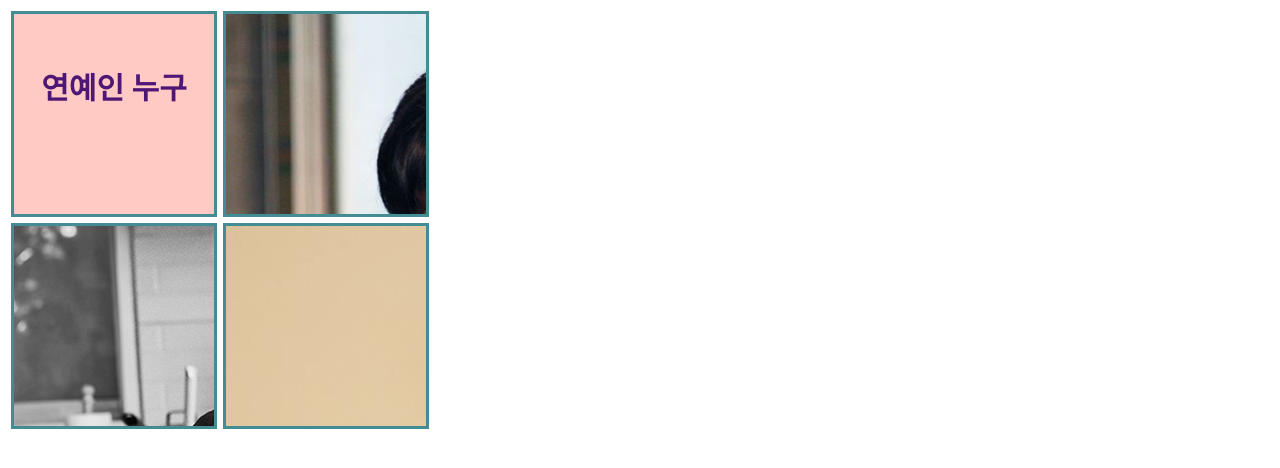
Repository: hojohe/bit-java
Page: 07_css/WebContent/99_exam/exam02.html
An editor plug-in stored every save of this project. The page is shown before and after the next save, followed by the edit.
The browser window is 1280 px wide. The pictures show the whole page.

Above is the page before, as saved 2017-01-25 05:27:28.

After the next save:
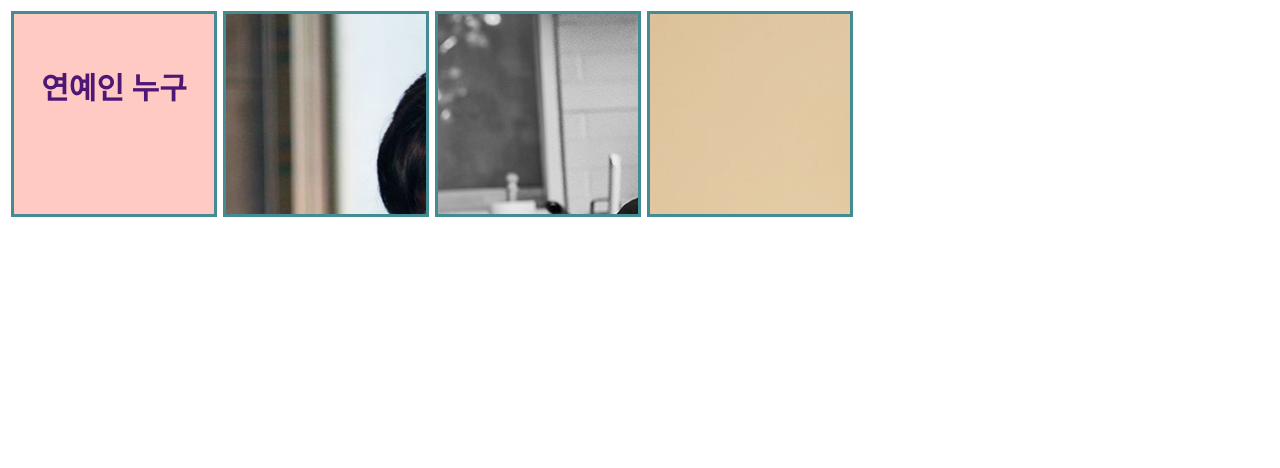
Saved 20 s later.
--- a/07_css/WebContent/99_exam/exam02.html
+++ b/07_css/WebContent/99_exam/exam02.html
@@ -32,7 +32,6 @@
 	}
 
 	div.pic3 {
-		clear: both;
 		background-image: url("/07_css/99_exam/images/01/공유2.jpg");
 	}
 

After the save that followed:
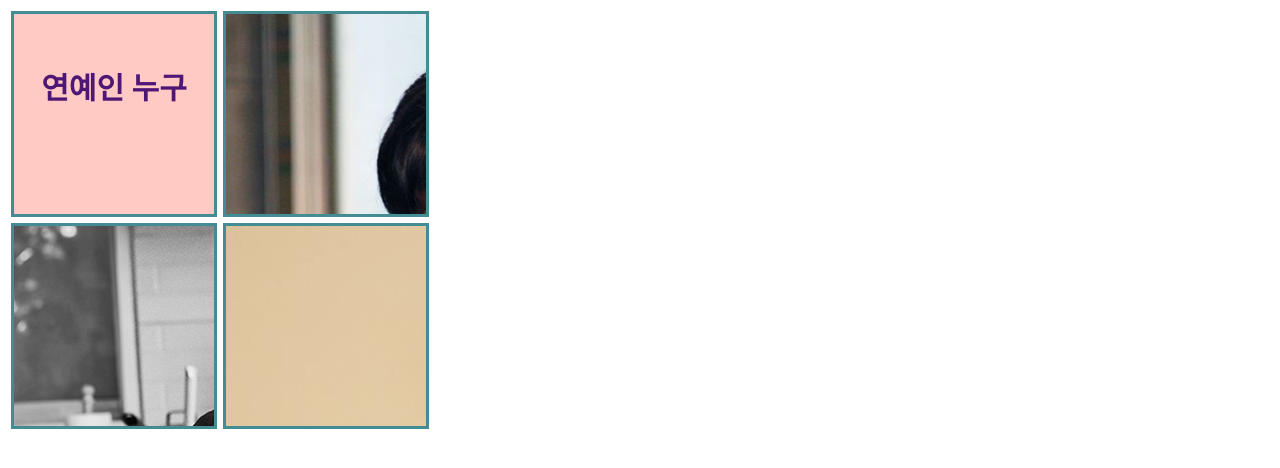
Saved 48 s later.
--- a/07_css/WebContent/99_exam/exam02.html
+++ b/07_css/WebContent/99_exam/exam02.html
@@ -32,6 +32,7 @@
 	}
 
 	div.pic3 {
+		clear: both;
 		background-image: url("/07_css/99_exam/images/01/공유2.jpg");
 	}
 
